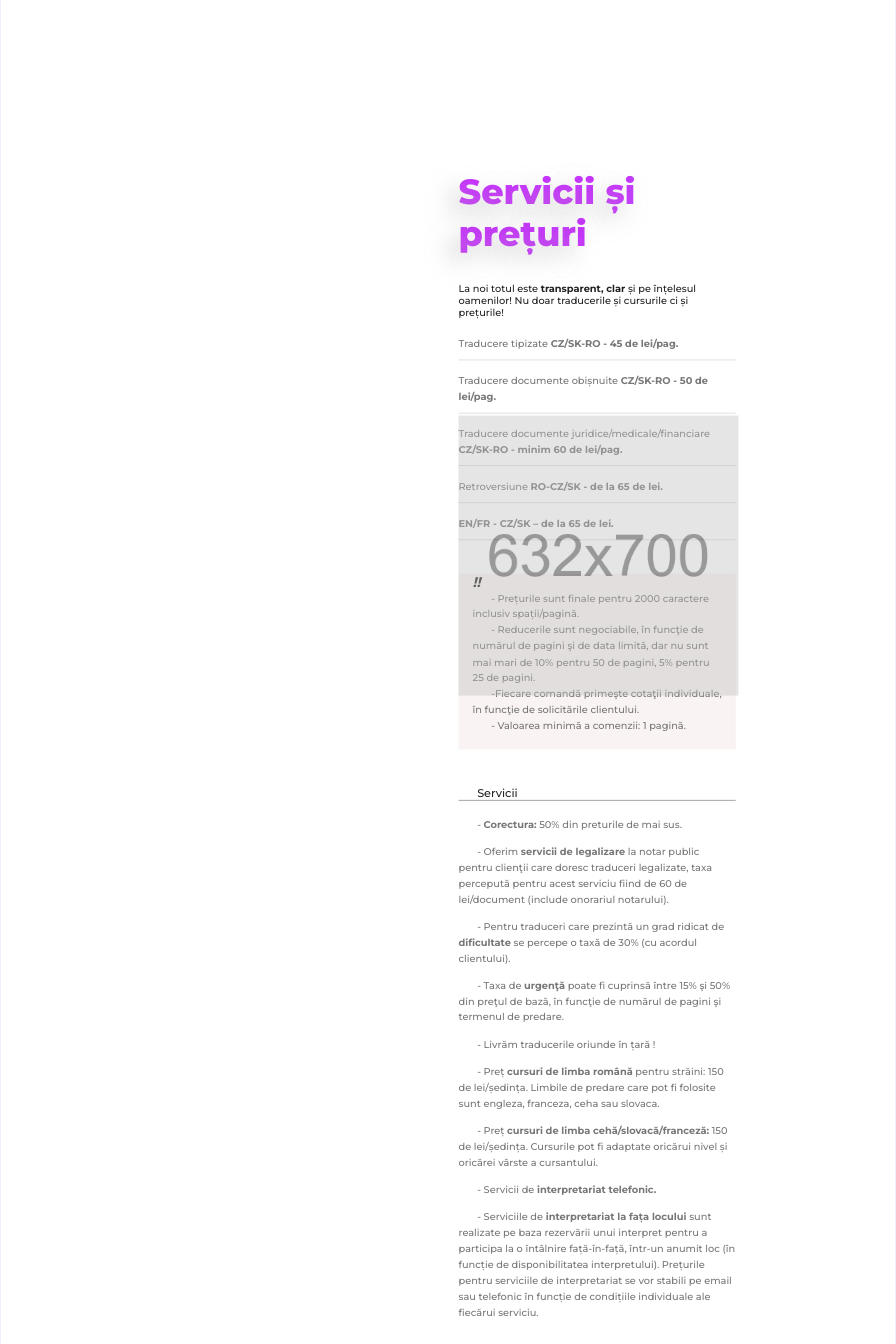
Repository: roscaImarius/site_traduceri
Page: index.html
The author's editor kept a copy of each file at every save. The page is drawn from the files as they stood at one save, then again after a run of saves.
The browser window is 1280 px wide. The pictures show the part of the page from y = 3184 to 5104 px (the page is 7813 px tall), at 70% of full size.

Above is the page before, as saved 2022-03-22 03:31:03.

After the next 2 saves:
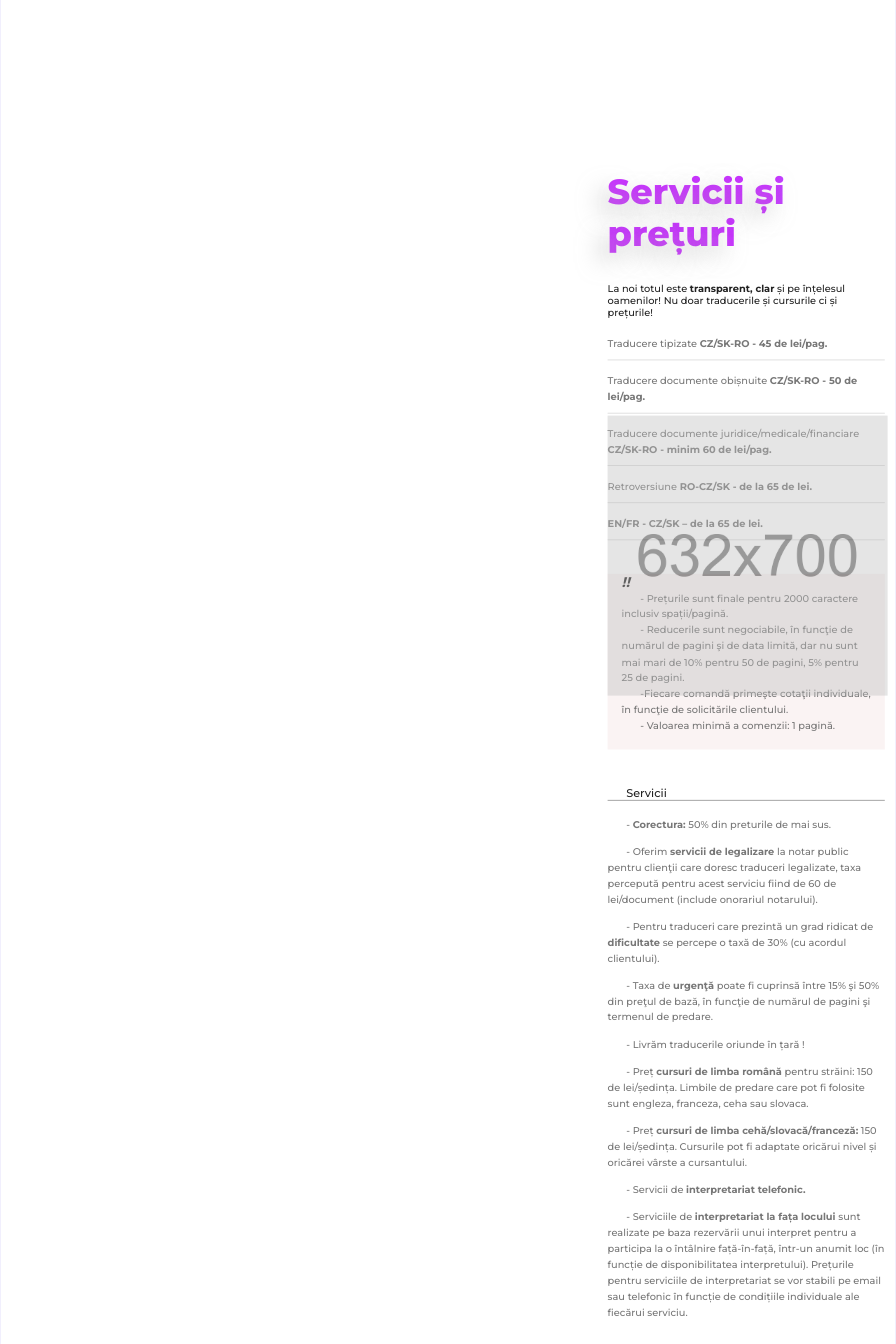
The 2 saves are shown as one change because they came seconds apart.
The last was saved 8 s later.
--- a/index.html
+++ b/index.html
@@ -234,7 +234,7 @@
     <section class="price-area section-gap-top-5 relative" id="portfolio">
       <div class="container-fluid">
         <div class="row row-reverse">
-          <div class="divFaraPret offset-lg-6 col-lg-4 col-md-12">
+          <div class="divFaraPret offset-lg-8 col-lg-4 col-md-12">
                <div class="pretDrawing"></div>
             <h2 class="heading mb-40">Servicii și prețuri</h2>
             <h6 class="mb-4">
